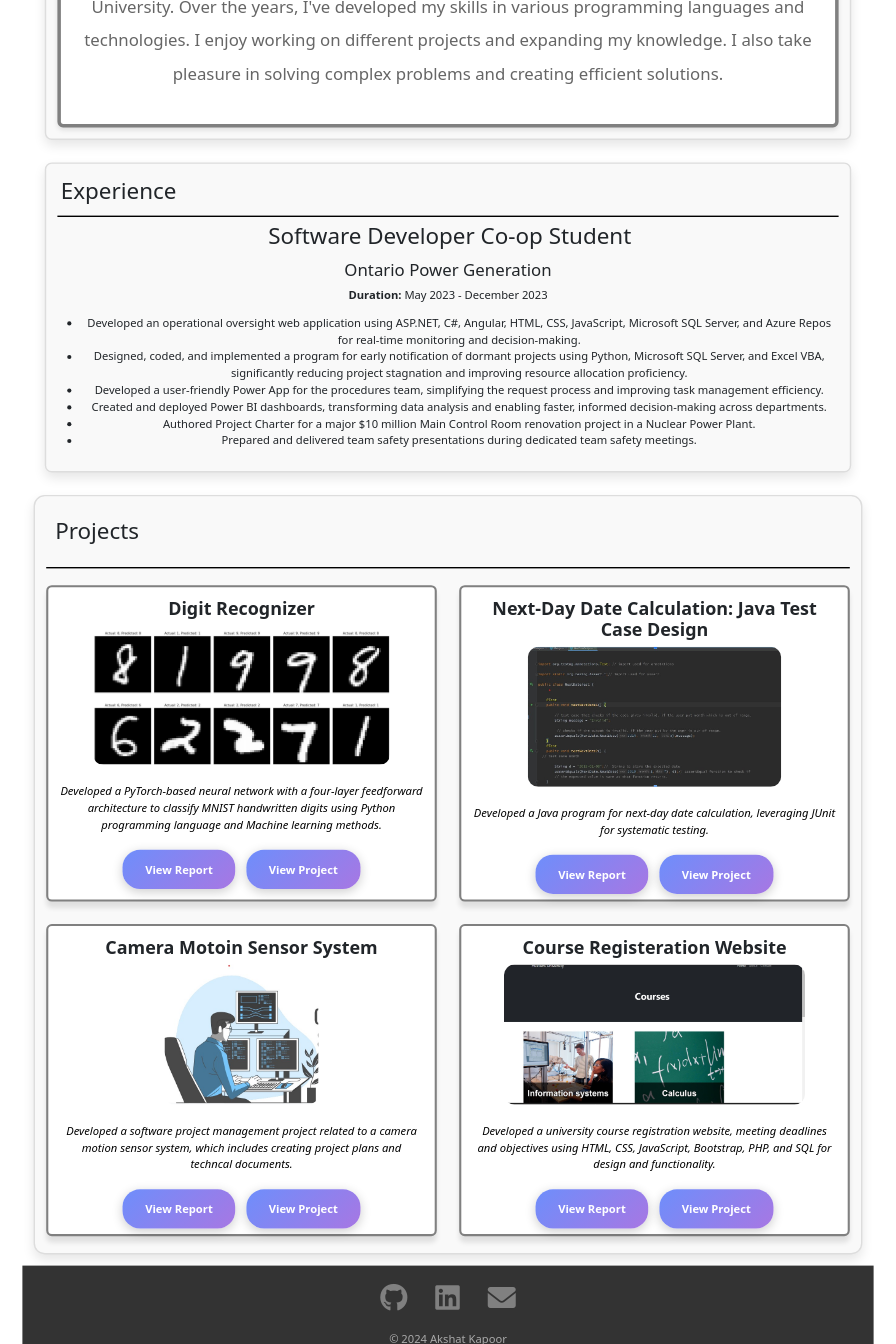
Repository: AkshatKapo/My-Portfolio
Page: /
An editor plug-in stored every save of this project. The page is shown before and after the next save, followed by the edit.
The browser window is 1280 px wide. The pictures show the part of the page from y = 740 to 2660 px (the page is 2728 px tall before and 2850 px after), at 70% of full size.
The project was rebuilt for these pictures with package versions that can differ from the ones it lists, and the page was loaded fresh each time. Also part of the build but not shown: vite.config.js.

Above is the page before, as saved 2024-06-14 16:33:11.

### index.html
<!DOCTYPE html>
<html lang="en">
  <head>
    <meta charset="UTF-8" />
    <link rel="stylesheet" href="https://cdnjs.cloudflare.com/ajax/libs/font-awesome/6.0.0-beta3/css/all.min.css">
    <link rel="stylesheet" href="https://maxcdn.bootstrapcdn.com/bootstrap/4.5.2/css/bootstrap.min.css">

    <meta name="viewport" content="width=device-width, initial-scale=1.0" />
    <title>Vite + React</title>
  </head>
  <body>
    <div id="root"></div>
    <script type="module" src="/src/main.jsx"></script>
  </body>
</html>

### src/main.jsx
import React from 'react'
import ReactDOM from 'react-dom/client'
import App from './App'
import './index.css'
import 'bootstrap/dist/css/bootstrap.min.css';


ReactDOM.createRoot(document.getElementById('root')).render(
  <React.StrictMode>
    <App />
  </React.StrictMode>,
)

### src/App.jsx
import { useEffect } from 'react';
import './App.css';
import Header from './components/Header';
import Home from './components/Home';
import About from './components/About';
import Experience from './components/Experience'; // Corrected import path
import Projects from './components/projects';
import Contact from './components/Contact';
// import Skill from './components/skill'
function App() {
  useEffect(() => {
    function reveal() {
      let reveals = document.querySelectorAll(".reveal");// stores all the elements with class reveal into an array

      for (var i = 0; i < reveals.length; i++) { // iterates through reveals array, takes the each element with class reveals
        let windowHeight = window.innerHeight; // gets the height of the view port
        let elementTop = reveals[i].getBoundingClientRect().top;// gets the postion of the element relative to the view port
        let sectionHeight = reveals[i].offsetHeight;// calculates the hieght of the element
        let elementVisible = windowHeight - elementTop > 0 ? windowHeight - elementTop : 0;// calculates the porton  of the element visible(Dstance between the top of the view port  and bottom of visible part of  the element)
        let visibilityRatio = elementVisible / sectionHeight; // Fraction of the element visible

        if (visibilityRatio > 0.5) {  // if the visibility ratio is greater than half then it will make it visible
          reveals[i].classList.add("active");// add class actve to the element to make it visible
        } else { // if its less than 0.5 than it wll not display it or remove the class
          reveals[i].classList.remove("active");
        }
      }
    }

    window.addEventListener("scroll", reveal);// Add scroll as event listenere because wewe want to dsplay elements as user scrolls down

    // Call reveal initially to check the visibility of elements when the component mounts
    reveal();

    // Cleanup function to remove event listener when component unmounts
    return () => {
      window.removeEventListener("scroll", reveal);
    };
  }, []);


  return (
    <div>
      <Header />
      <Home />
      <About />
      <Experience />
      <Projects />
      <Contact />

    </div>
  );
}

export default App;

/*
Mount: useEffect runs, reveal function defined and called, scroll event listener added.
Scroll: Each scroll triggers the reveal function to recalculate and update element visibility.
Unmount: Cleanup function removes the scroll event listener.
*/

### src/index.css
body {
    font-family: 'Segoe UI', Tahoma, Geneva, Verdana, sans-serif;
    background-color:#ccddff;
    color:black;
    margin: 0;
    padding: 0;
  }


  #root {
    display: flex;
    flex-direction: column;
    min-height: 100vh;
  }

### src/App.css
#root {
  max-width: 1280px;
  margin: 0 auto;
  padding: 2rem;
  text-align: center;
}
.reveal {
  opacity: 0;
  transform: translateY(100px);
  transition: opacity 0.6s ease-out, transform 0.6s ease-out;
}

.reveal.active {
  opacity: 1;
  transform: translateY(0);
}

### src/components/Header.jsx
import React from 'react'
import './Header.css'

const Header = () => {
  return (
    <header>
      <h1 className='title'>AK</h1>
      <nav>
        <ul>
          <li><a href="#home">Home</a></li>
          <li><a href="#about">About</a></li>
          <li><a href="#skills">Skills</a></li>
          <li><a href="#projects">Projects</a></li>
          <li><a href="/Akshat_Kapoor_Resume.pdf">Resume</a></li>
        </ul>
      </nav>
    </header>
  )
}

export default Header

### src/components/Home.jsx
import React from "react";
import "./Home.css";

const Home = () => {
  return (
    <div className="reveal">
      <section id="home">
        <div className="home-content">
          <div className="text-content">
            <h3>Hello, I'm</h3>
            <h1>Akshat Kapoor</h1>
            <h4>A fourth year Software Engineering student</h4>
            <div className="social-icons">
              <a href="https://github.com/yourusername" target="_blank" rel="noopener noreferrer">
                <i className="fab fa-github"></i>
              </a>
              <a href="https://www.linkedin.com/in/yourusername" target="_blank" rel="noopener noreferrer">
                <i className="fab fa-linkedin"></i>
              </a>
              <a href="mailto:youremail@gmail.com" target="_blank" rel="noopener noreferrer">
                <i className="fas fa-envelope"></i>
              </a>
            </div>
          </div>
          <div className="separator"></div>  {/* Added separator */}
          <div className="image-content">
            <img
              src="/mnt/data/image.png"
              alt="Akshat Kapoor"
              className="profile-image"
            />
          </div>
        </div>
      </section>
    </div>
  );
};

export default Home;

### src/components/About.jsx
import React from 'react';
import './About.css';

function About() {
  return (
    <section id="about">
      <div id='about-content'>
       <h2>About Me</h2>
       <div className='seperator'>


       </div>
       <p>I am a dedicated and passionate fourth-year Software Engineering student at Ontario Tech University. Over the years, I've developed my skills in various programming languages and technologies. I enjoy working on different projects and expanding my knowledge. I also take pleasure in solving complex problems and creating efficient solutions. </p>
      </div>
    </section>
  );
}

export default About;

### src/components/Experience.jsx
import React from 'react'
import './Experience.css'

const Experience = () => {
  return (
    <div className="reveal">
      <section id="experience">
        <div className="experience-content">
          <h2>Experience</h2>
          <div className="divider1"></div>
          <div>
            <h3>Software Developer Co-op Student</h3>
            <h4>Ontario Power Generation</h4>
            <p>
              <strong>Duration:</strong> May 2023 - December 2023
            </p>
            <ul>
              <li>Developed an operational oversight web application using ASP.NET, C#, Angular, HTML, CSS, JavaScript, Microsoft SQL Server, and Azure Repos for real-time monitoring and decision-making.</li>
              <li>Designed, coded, and implemented a program for early notification of dormant projects using Python, Microsoft SQL Server, and Excel VBA, significantly reducing project stagnation and improving resource allocation proficiency.</li>
              <li>Developed a user-friendly Power App for the procedures team, simplifying the request process and improving task management efficiency.</li>
              <li>Created and deployed Power BI dashboards, transforming data analysis and enabling faster, informed decision-making across departments.</li>
              <li>Authored Project Charter for a major $10 million Main Control Room renovation project in a Nuclear Power Plant.</li>
              <li>Prepared and delivered team safety presentations during dedicated team safety meetings.</li>
            </ul>
          </div>
        </div>
      </section>
    </div>
  )
}

export default Experience

### src/components/projects.jsx
import React from "react";
import "./projects.css";

const projects = () => {
  return (
    <section id="projects">
      <div class="project-list">
        <h2>Projects</h2>
        <div className="seperator"></div>
        <div class="project-row">
          <div class="project">
            <h3>Digit Recognizer</h3>
            <img src="/assets/images/image.jpg"></img>
            <p>
              Developed a PyTorch-based neural network with a four-layer
              feedforward architecture to classify MNIST handwritten digits
              using Python programming language and Machine learning methods.
            </p>
            <a href="/Machine_Learning_Project.pdf" class="Projectbutton">
              View Report
            </a>
            <a href="link-to-project1" class="Projectbutton2">
              View Project
            </a>
          </div>
          <div class="project">
            <h3>Next-Day Date Calculation: Java Test Case Design </h3>
            <img src="/assets/images/date.jpg"></img>
            <p>
              Developed a Java program for next-day date calculation, leveraging
              JUnit for systematic testing.{" "}
            </p>
            <a href="/100781511_Akshat_Kapoor_TestDesignAssignment_NextDate.pdf" class="Projectbutton">
              View Report
            </a>
            <a href="link-to-project1" class="Projectbutton2">
              View Project
            </a>
          </div>
        </div>
        <div class="project-row">
          <div class="project">
            <h3>Camera Motoin Sensor System</h3>
            <img src="/assets/images/moton sensor.jpg"></img>
            <p>
              Developed a software project management project related to a
              camera motion sensor system, which includes creating project plans and techncal documents.
            </p>
            <a href="/SPM_Project.pdf" class="Projectbutton">
              View Report
            </a>
            <a href="link-to-project1" class="Projectbutton2">
              View Project
            </a>
          </div>
          <div class="project">
            <h3>Course Registeration Website</h3>
            <img src="/assets/images/coursespage.jpg"></img>
            <p>
              Developed a university course registration website,
              meeting deadlines and objectives using HTML, CSS, JavaScript,
              Bootstrap, PHP, and SQL for design and functionality.
            </p>
            <a href="/Data_Report.pdf" class="Projectbutton">
              View Report
            </a>
            <a href="link-to-project1" class="Projectbutton2">
              View Project
            </a>
          </div>
        </div>
      </div>
    </section>
  );
};

export default projects;

### src/components/Contact.jsx
import React from "react";
import "./Contact.css";

const Contact = () => {
  return (
    <footer id="footer">
      <div className="footer-content">
        <ul className="footer-icons">
          <li>
            <a
              href="https://github.com/yourusername"
              target="_blank"
              rel="noopener noreferrer"
            >
              <i className="fab fa-github"></i>
            </a>
          </li>
          <li>
            <a
              href="https://www.linkedin.com/in/yourusername"
              target="_blank"
              rel="noopener noreferrer"
            >
              <i className="fab fa-linkedin"></i>
            </a>
          </li>
          <li>
            <a
              href="mailto:youremail@gmail.com"
              target="_blank"
              rel="noopener noreferrer"
            >
              <i className="fas fa-envelope"></i>
            </a>
          </li>
        </ul>

      </div>
      <p className="footer-copy">© 2024 Akshat Kapoor</p>
    </footer>
  );
};

export default Contact;

### src/components/Header.css
header {
  background-color: #333;
  color: white;
  padding: 2%;
  display: flex;
  justify-content: space-between;
  align-items: center;

    /* text-align: center; */
  }
  .title {
    font-family: 'Helvetica', sans-serif;
    font-size: 50px;
    background:white;
    -webkit-background-clip: text;
    color: transparent;
  }


  nav ul {
    list-style-type: none;
    padding: 0;
    margin: 0;
    display: flex;
  }

  nav ul li {
    margin: 0 1rem;
  }

  nav ul li a {
    color: white;
    text-decoration: none;
    font-size: 150%;
  }

### src/components/Home.css
@import url('https://fonts.googleapis.com/css2?family=Roboto:wght@300;400;700&display=swap');

#home {
  padding: 1rem;
  display: flex;
  justify-content: center;
  align-items: center;
  background-color: #f9f9f9;
  border: 2px solid #ddd; /* Light border */
  border-radius: 10px; /* Rounded corners */
  margin: 2rem; /* Margin to ensure it doesn’t touch the edges of the container */

}

.home-content {
  display: flex;
  justify-content: space-between;
  width: 100%;
  max-width: 1200px; /* Adjust the max-width as needed */
  background: #fff; /* Background for the content */
  padding: 2rem; /* Padding around the content */
  box-shadow: 0 4px 8px rgba(0, 0, 0, 0.1); /* Shadow for styling */
  border-radius: 8px; /* Rounded corners */
}

.text-content {
  flex: 1;
  padding-right: 1rem;
  font-family: 'Roboto', sans-serif;

}

.text-content h2 {
  font-size: 2.5rem; /* Adjust the font size as needed */
  font-weight: 900;
  color: #333;
  margin-bottom: 1rem;

}

.text-content p {
  font-size: 1rem; /* Adjust the font size as needed */
  line-height: 1.6; /* Adjust the line height as needed */
  color: #666;
  font-weight: 300;
}

.separator {
  width: 1px;
  background-color: #333;
  height: 250px; /* Adjust the height as needed */
}

.image-content {
  flex: 1;
  display: flex;
  justify-content: center;
}

.profile-image {
  width: 250px;
  height: 250px;
  border-radius: 50%;
  object-fit: cover;
 }

 .social-icons {
  display: flex;
  gap: 30px; /* Adjust the spacing between icons */
  justify-content: center;
}

.social-icons a {
  color: #000; /* Change the color if needed */
  text-decoration: none;
}

.social-icons .icon {
  width: 40px; /* Adjust the size of the icons */
  height: 40px; /* Adjust the size of the icons */
}

.social-icons i {
  font-size: 40px; /* Adjust the size of the font-awesome icons */
}

/* Add hover effect if desired */
.social-icons a:hover {
  opacity: 0.7; /* Example hover effect */
}

### src/components/About.css
#about {
  padding: 1rem;
  display: flex;
  background-color: #f9f9f9;
  border: 2px solid #ddd; /* Light border */
  border-radius: 10px; /* Rounded corners */
  box-shadow: 0 8px 16px rgba(0, 0, 0, 0.1); /* Shadow for depth */
  margin: 2rem; /* Margin to ensure it doesn’t touch the edges of the container */



}
#about-content {
  display: table-column;
  justify-content: space-between;
  width: 100%;
  max-width: 1200px; /* Adjust the max-width as needed */
  background: #fff; /* Background for the content */
  padding: 2rem; /* Padding around the content */
  box-shadow: 0 4px 8px rgba(0, 0, 0, 0.1); /* Shadow for styling */
  border-radius: 8px; /* Rounded corners */
}


#about h2 {
  font-size: 2rem;
  text-align: left; /* This will align the heading to the left */
  margin-bottom: 1rem; /* Adding some space between the heading and the paragraph */
  margin-top: 0.2rem;
  margin-left: 0.3rem;


}
.seperator {
  border-top: 2px solid black;
  width: 100%; /* Adjust as needed */
  margin: 20px 3; /* Adjust as needed */
}

#about p {
  font-size: 1.5rem; /* Adjust the font size as needed */
  line-height: 2; /* Adjust the line height as needed */
  color: #666;
  font-weight: 300;
  }
#about {
  padding: 1rem;
  display: flex;
  background-color: #f9f9f9;
  border: 2px solid #ddd; /* Light border */
  border-radius: 10px; /* Rounded corners */
  box-shadow: 0 8px 16px rgba(0, 0, 0, 0.1); /* Shadow for depth */
  margin: 2rem; /* Margin to ensure it doesn’t touch the edges of the container */



}
#about-content {
  display: table-column;
  justify-content: space-between;
  width: 100%;
  max-width: 1200px; /* Adjust the max-width as needed */
  background: #fff; /* Background for the content */
  padding: 2rem; /* Padding around the content */
  box-shadow: 0 4px 8px rgba(0, 0, 0, 0.1); /* Shadow for styling */
  border-radius: 8px; /* Rounded corners */
  border: 5px solid grey

}


#about h2 {
  font-size: 2rem;
  text-align: left; /* This will align the heading to the left */
  margin-bottom: 1rem; /* Adding some space between the heading and the paragraph */
  margin-top: 0.2rem;
  margin-left: 0.3rem;


}
.seperator {
  border-top: 2px solid black;
  width: 100%; /* Adjust as needed */
  margin: 20px 3; /* Adjust as needed */
}

#about p {
  font-size: 1.5rem; /* Adjust the font size as needed */
  line-height: 2; /* Adjust the line height as needed */
  color: #666;
  font-weight: 300;
  }

### src/components/Experience.css
#experience {
  padding: 1rem;
  display: flex;
  background-color: #f9f9f9;
  border: 2px solid #ddd; /* Light border */
  border-radius: 10px; /* Rounded corners */
  box-shadow: 0 8px 16px rgba(0, 0, 0, 0.1); /* Shadow for depth */
  margin: 2rem; /* Margin to ensure it doesn’t touch the edges of the container */
  }
  #experience-content{
    display: table-column;
    justify-content: space-between;
    width: 100%;
    max-width: 1200px; /* Adjust the max-width as needed */
    background: #fff; /* Background for the content */
    padding: 2rem; /* Padding around the content */
    box-shadow: 0 4px 8px rgba(0, 0, 0, 0.1); /* Shadow for styling */
    border-radius: 50px; /* Rounded corners */
    border: 5px solid red;
  }
  #experience h2 {
    font-size: 2rem;
    text-align: left; /* This will align the heading to the left */
    margin-bottom: 1rem; /* Adding some space between the heading and the paragraph */
    margin-top: 0.2rem;
    margin-left: 0.3rem;

  }
  .divider1 {
    border-top: 2px solid black;
    width: 100%; /* Adjust as needed */
    margin: 20px 3; /* Adjust as needed */
  }
  #experience h3 {
    font-size: 2rem;
    text-align: center;
    margin-bottom: 1rem; /* Adding some space between the heading and the paragraph */
    margin-top: 0.5rem;
    margin-left: 0.3rem;

  }

### src/components/projects.css
#projects {
  padding: 1rem;
  background-color: #f9f9f9;
  border: 2px solid #ddd; /* Light border */
  border-radius: 16px; /* Rounded corners */
  box-shadow: 0 8px 16px rgba(0, 0, 0, 0.1); /* Shadow for depth */
  margin: 1rem; /* Margin to ensure it doesn’t touch the edges of the container */
}

.project-list {
  display: flex;
  flex-direction: column;
  gap: 1rem; /* Space between rows */
  align-items: stretch;

}

.project-list h2 {
  font-size: 2rem;
  text-align: left; /* Align heading to the left */
  margin: 0.9rem 0 1rem 0.8rem; /* Consistent spacing around heading */
}

.project-row {
  display: flex;
  justify-content: space-between; /* Allow wrapping for responsive design */
  width: 100%; /* Space between projects */
  gap: 2rem;
  align-items: stretch;
}

.project {
  flex: 5 ; /* Flex basis to allow two projects per row with a gap */
  text-align: center;
  padding: 1rem; /* Consistent padding */
  padding-bottom: 0;
  background-color: #fff;
  border: 3px solid grey;
  box-shadow: 0 9px 8px rgba(0, 0, 0, 0.1); /* Shadow for styling */
  border-radius: 8px; /* Rounded corners */
  margin: 0.5rem 0; /* Margin for spacing between rows */
}

.project img {
  justify-content: center;
  max-width: 100%;
  max-height: 200px;
  border-radius: 15px;
  margin-bottom: 25px;
  border-color:50px solid aquamarine;
}

.project h3 {
  font-size: 1.6rem;
  font-weight: bolder;
  margin-bottom: 0.5rem; /* Space between title and paragraph */
  margin-top: 0;
}

.project p {
  font-size: 1rem;
  font-style: italic;
  color: black;
}

.Projectbutton, .Projectbutton2 {
  display: inline-block;
  padding: 1rem 2rem; /* Adjusted padding for better appearance */
  font-size: 1rem; /* Set font size */
  font-weight: bold; /* Make font bold */
  text-align: center; /* Center the text */
  background: linear-gradient(135deg, #6e8efb, #a777e3); /* Add gradient background */
  color: white; /* Change text color to white */
  text-decoration: none; /* Remove underline */
  border: none; /* Remove border */
  border-radius: 25px; /* More rounded corners */
  box-shadow: 0 4px 15px rgba(0, 0, 0, 0.2); /* Add shadow */
  transition: background 0.3s, transform 0.3s; /* Smooth transitions */
  cursor: pointer; /* Change cursor to pointer */
  margin: 0.5rem; /* Add a small margin for better spacing */
}

.Projectbutton:hover, .Projectbutton2:hover {
  background: linear-gradient(135deg, #a777e3, #6e8efb); /* Reverse gradient on hover */
  transform: translateY(-2px); /* Slight lift on hover */
  box-shadow: 0 6px 20px rgba(0, 0, 0, 0.3); /* Increase shadow on hover */
}
.seperator {
  border-top: 2px solid black;
  width: 100%; /* Adjust as needed */
  margin: 20px 3; /* Adjust as needed */
}

/* Responsive Design */
@media (max-width: 768px) {
  .project-row {
    flex-direction: column; /* Stack projects vertically on smaller screens */
  }

  .Projectbutton2 {
    margin-left: 0; /* Reset margin on smaller screens */
  }
}

### src/components/Contact.css
#footer {
  background-color: #333;
  padding: 1rem 0;
  text-align: center;
  color: white;
}

.footer-content {
  display: flex;
  justify-content: center;
  align-items: center;
  margin-bottom: 1rem;
}

.footer-icons {
  list-style: none;
  padding: 0;
  margin: 0;
  text-align: center;
}

.footer-icons li {
  display: inline-block;
  margin: 0 20px; /* Increased margin for more gap between icons */
}

.footer-icons li a {
  color: grey; /* Change color as needed */
  font-size: 40px; /* Adjust size as needed */
  text-decoration: none;
}

.footer-icons li a:hover {
  color: #007bff; /* Change color on hover as needed */
}
.footer-copy {
  margin-top: 1rem;
  font-size: 16px;
  color: #aaa;
}

After the next save:
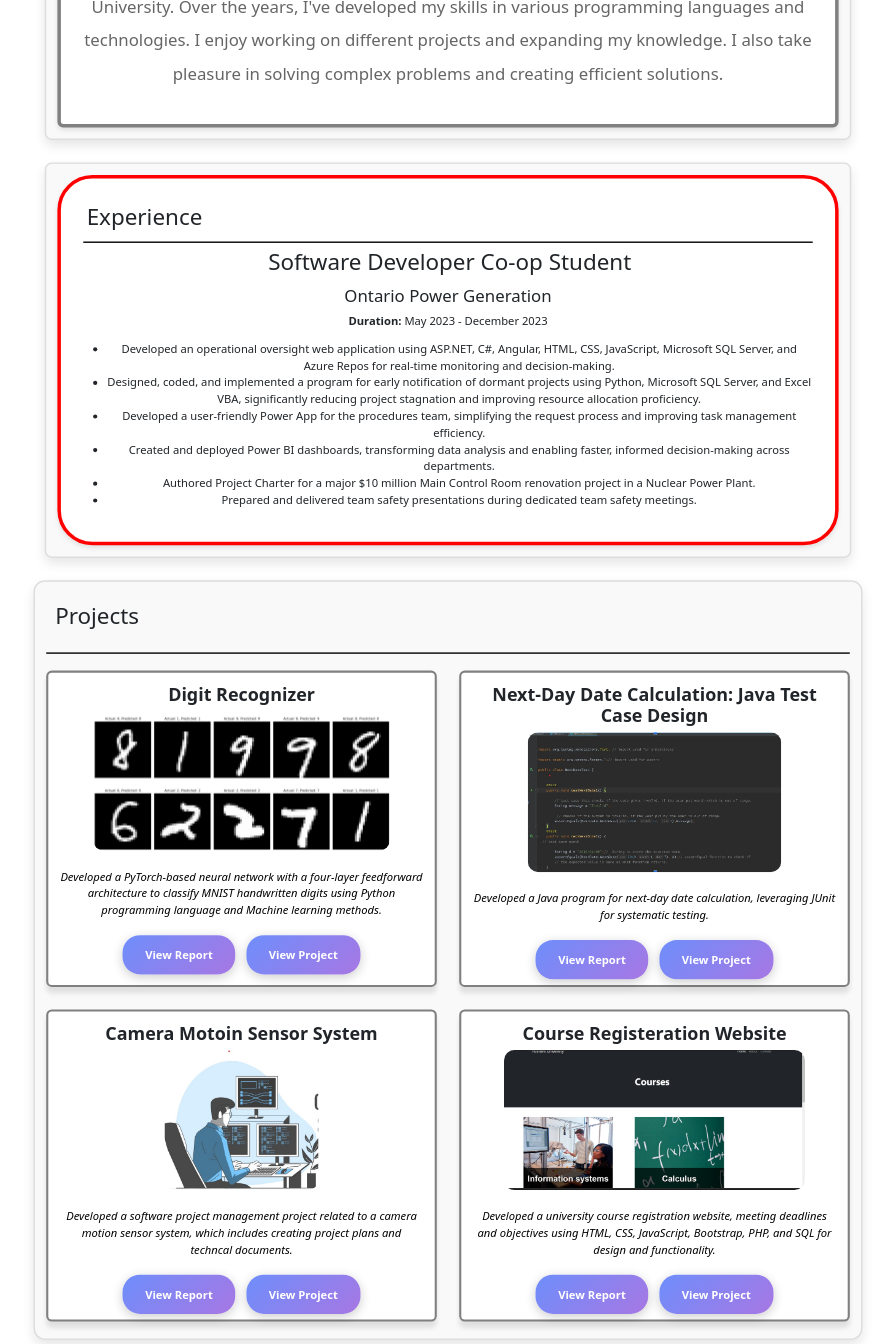
Saved 25 s later.
--- a/src/components/Experience.jsx
+++ b/src/components/Experience.jsx
@@ -5,7 +5,7 @@ const Experience = () => {
   return (
     <div className="reveal">
       <section id="experience">
-        <div className="experience-content">
+        <div id="experience-content">
           <h2>Experience</h2>
           <div className="divider1"></div>
           <div>
